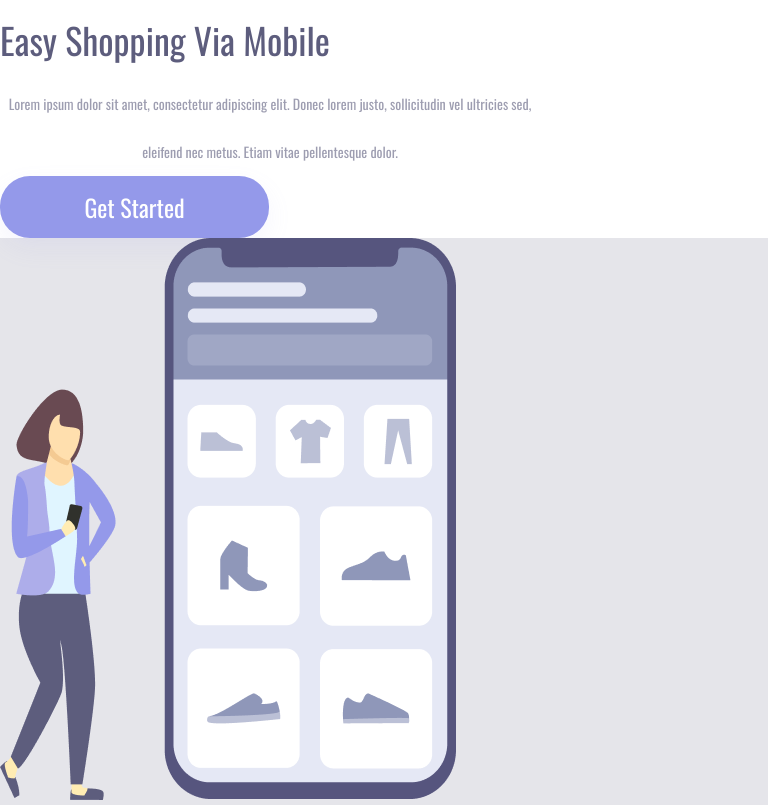
Repository: Leo-Marques-882/Projeto-Git-2
Page: index.html
An editor plug-in stored every save of this project. The page is shown before and after the next save, followed by the edit.
The browser window is 768 px wide. The pictures show the whole page.

Above is the page before, as saved 2023-03-07 01:14:10.

### index.html
<!DOCTYPE html>
<html lang="pt_br">

<head>
    <meta charset="UTF-8">
    <meta http-equiv="X-UA-Compatible" content="IE=edge">
    <meta name="viewport" content="width=device-width, initial-scale=1.0">
    <link rel="stylesheet" href="styless.css">
    <link rel="preconnect" href="https://fonts.googleapis.com">
    <link rel="preconnect" href="https://fonts.gstatic.com" crossorigin>
    <link href="https://fonts.googleapis.com/css2?family=Oswald&display=swap" rel="stylesheet">

    <title>Projeto 1</title>
</head>

<body>
    <div class="wrapper">
        <section class="container-left">
            <h1>Easy Shopping Via Mobile</h1>
            <p>Lorem ipsum dolor sit amet, consectetur adipiscing
                elit. Donec lorem justo, sollicitudin vel ultricies sed,
                eleifend nec metus. Etiam vitae pellentesque dolor. </p>
            <button>Get Started</button>
        </section>
        <section class="container-right">
            <header>
                <a>Home</a>
                <a>Work</a>
                <a>About</a>
                <a>Contact</a>
            </header>
            <img src="./img/Illustration.png" alt="girl-cellphone">
        </section>
    </div>
</body>

</html>

### styless.css
* {
    margin: 0;
    padding: 0;
    box-sizing: border-box;
    font-family: 'Oswald', sans-serif;
}

.wapper {
    height: 100vh;
    width: 100%;
}

.container-left {
    display: inline-block;
    width: 60%;
    margin-top: 28%;
    padding-left: 75px;
    padding-right: 82px;
}

h1 {
    font-weight: 400;
    font-size: 70px;
    line-height: 80px;
    color: #5D5D7D;
    width: 368px;
}

p {
    font-weight: 400;
    font-size: 28px;
    line-height: 48px;
    color: #5D5D7D;
    opacity: 0.6;
    margin: 15px -117;
    width: 540px;
}

button {
    width: 269px;
    height: 62px;
    background: #9499EA;
    box-shadow: 0px 10px 24px rgba(148, 153, 234, 0.0979959);
    font-weight: 400;
    font-size: 24px;
    line-height: 36px;
    text-align: center;
    color: #FFFFFF;
    border-radius: 30px;
    border: none;
    cursor: pointer;
}

button:hover {
    opacity: .8;
}

button:active {
    opacity: .5;
}

.container-right {
    display: inline-block;
    background-color: rgba(93, 93, 125, 0.16);
    height: 130vh;
    width: 40%;
    position: absolute;
}

a {
    width: 59px;
    font-weight: 400px;
    font-size: 28px;
    line-height: 41px;
    color: #5D5D7D;
    margin-right: 41px;
    cursor: pointer;
}

a:nth-child(2) {
    opacity: 0.4;
}

a:hover {
    opacity: .4;
}

a:active {
    opacity: .8;
}

img {
    position: relative;
    top: 16%;
    right: 130px;
}

header {
    margin: 27px 0 0 57px;
}

@media screen and (max-width: 900px) {
    .container-left {
        width: 100%;
        height: 50%;
        padding: 0;
        margin: 0;
    }

    .container-right {
        display: block;
        height: auto;
        width: 100%;
        position: static;
    }

    img {
        position: static;
    }

    header {
        display: none;
    }

    h1 {
        font-weight: 400;
        font-size: 36px;
    }

    p {
        font-weight: 400;
        font-size: 14px;
        text-align: center;
    }


}

After the next save:
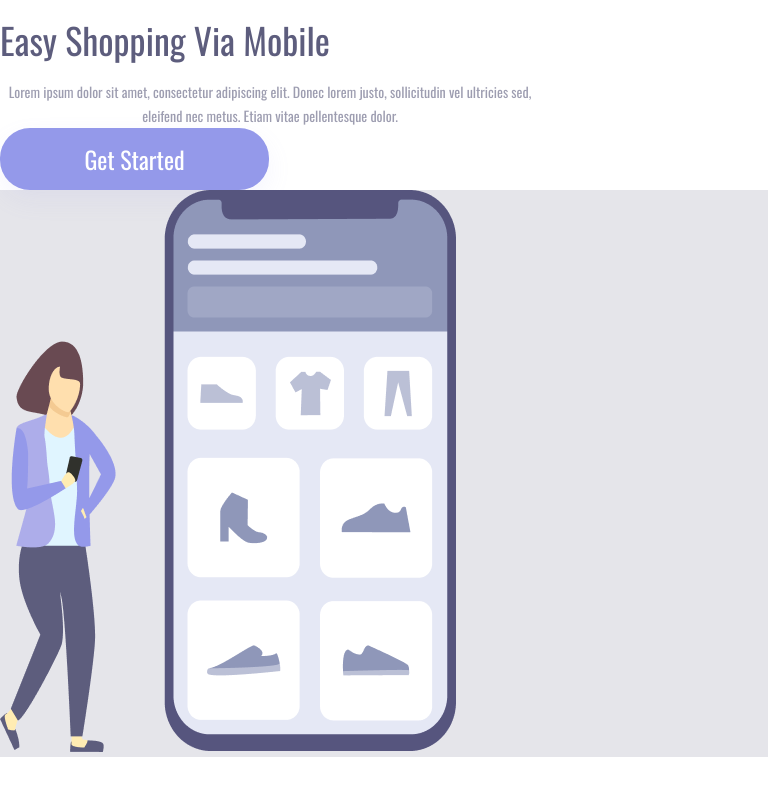
Saved 2 min 1 s later.
--- a/styless.css
+++ b/styless.css
@@ -130,6 +130,7 @@
     p {
         font-weight: 400;
         font-size: 14px;
+        line-height: 24px;
         text-align: center;
     }
 
